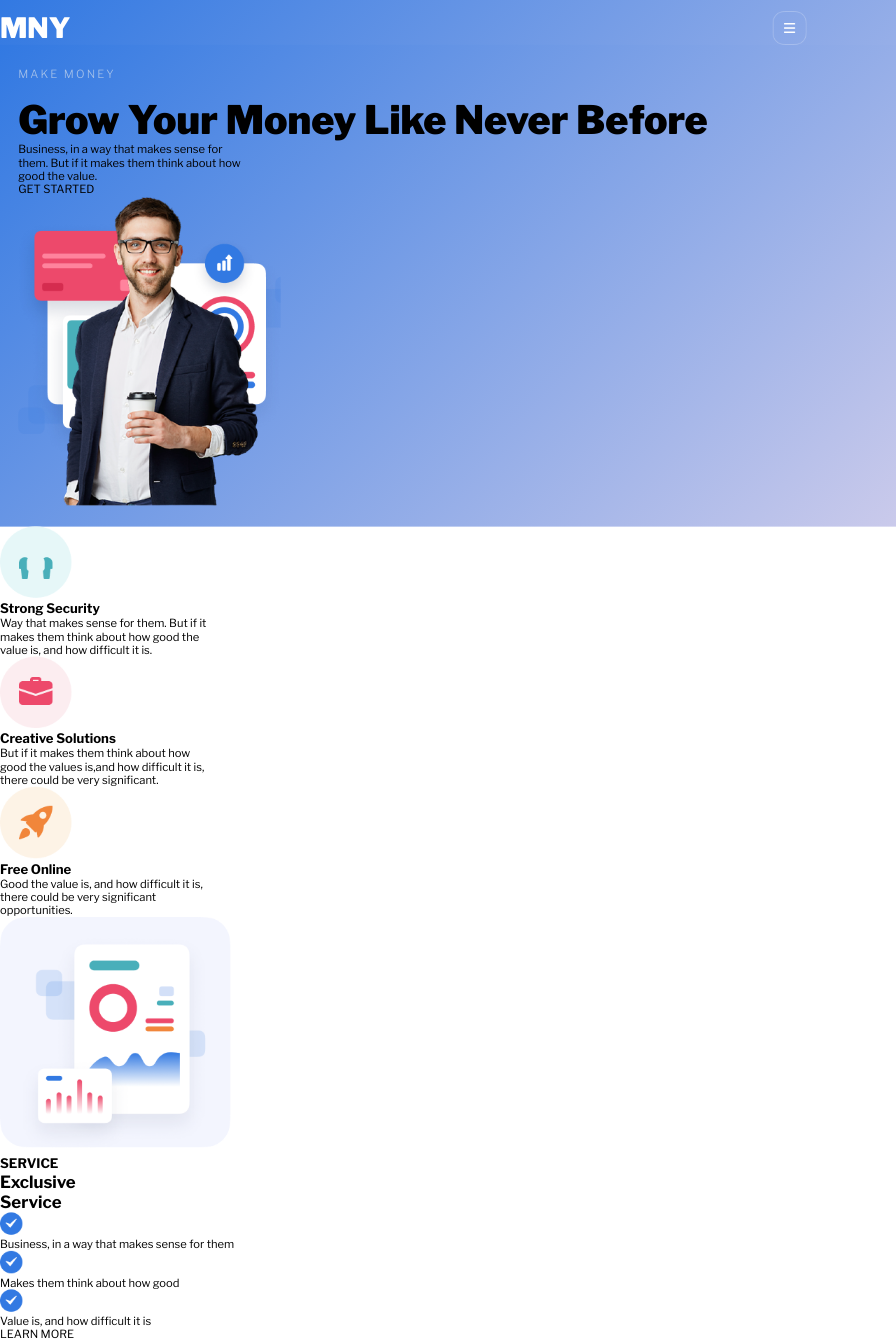
Repository: juniorAntunes910/Make-Money-Design-Avaliacao
Page: index.html
The author's editor kept a copy of each file at every save. The page is drawn from the files as they stood at one save, then again after a run of saves.
The browser window is 1280 px wide. The pictures show the part of the page from y = 0 to 1920 px (the page is 4729 px tall), at 70% of full size.

Above is the page before, as saved 2026-03-13 08:15:41.

After the next 4 saves:
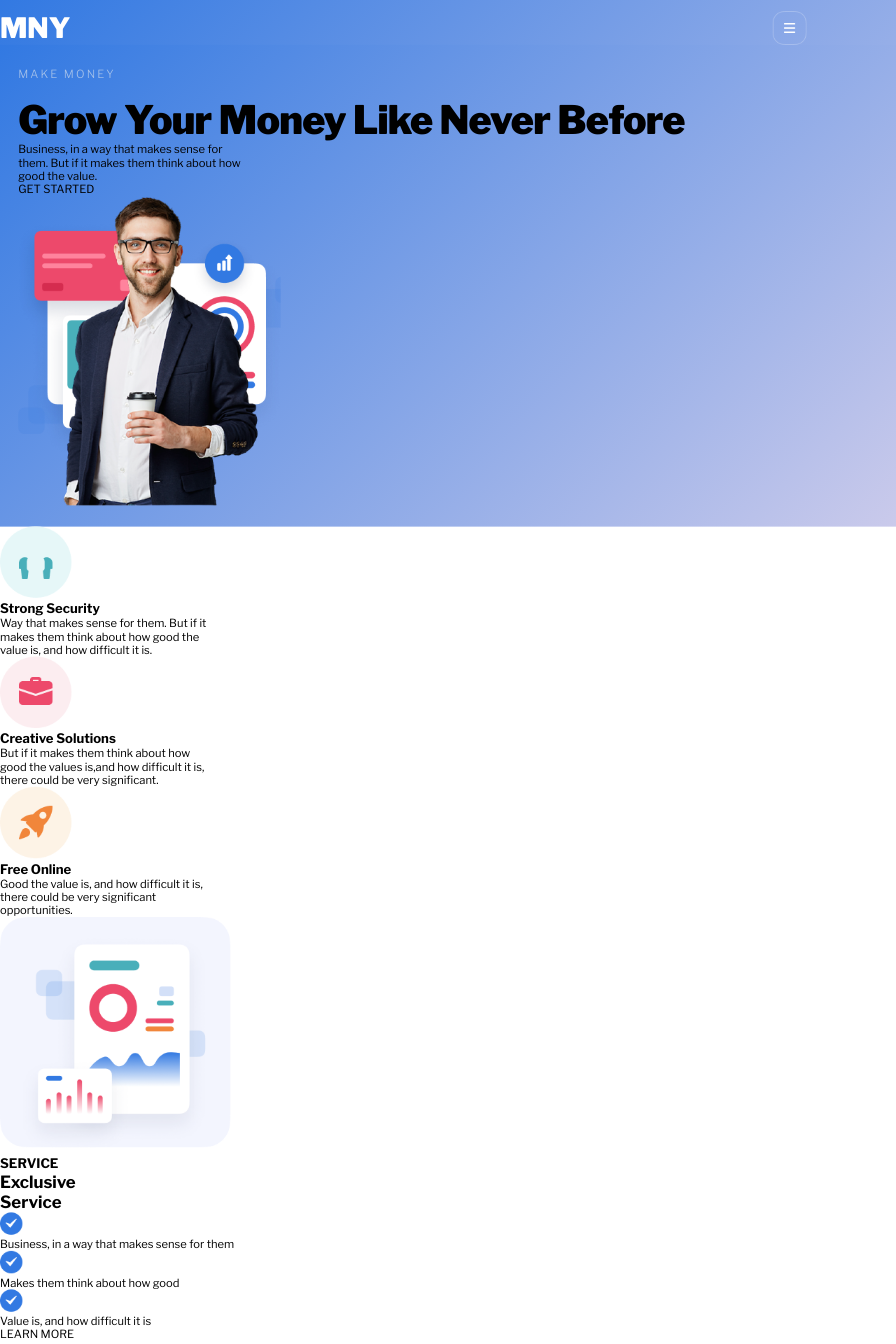
The 4 saves are shown as one change because they came seconds apart.
The last was saved 10 s later.
--- a/style.css
+++ b/style.css
@@ -114,5 +114,7 @@ header nav{
     font-size: 3.5rem;
     font-weight: var(--weight-black);
     line-height: 4rem;
+    letter-spacing: -1px;
+    word-wrap: break-word;
 
 }
